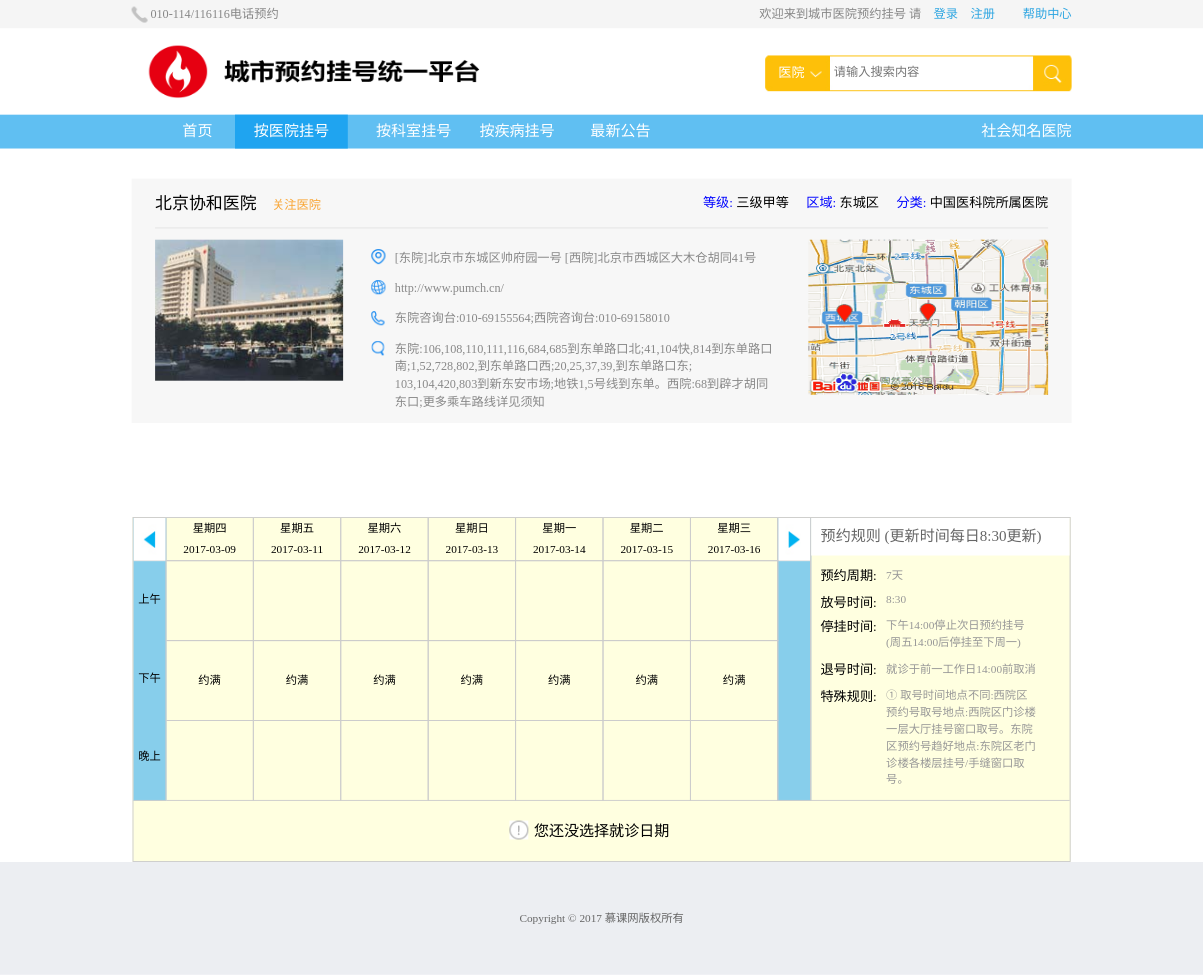
Repository: ScarApocalypse/study
Page: 挂号平台/scheduling.html
The author's editor kept a copy of each file at every save. The page is drawn from the files as they stood at one save, then again after the next save.
The browser window is 1280 px wide. The pictures show the whole page, at 94% of full size.

Above is the page before, as saved 2019-02-17 18:05:12.

After the next save:
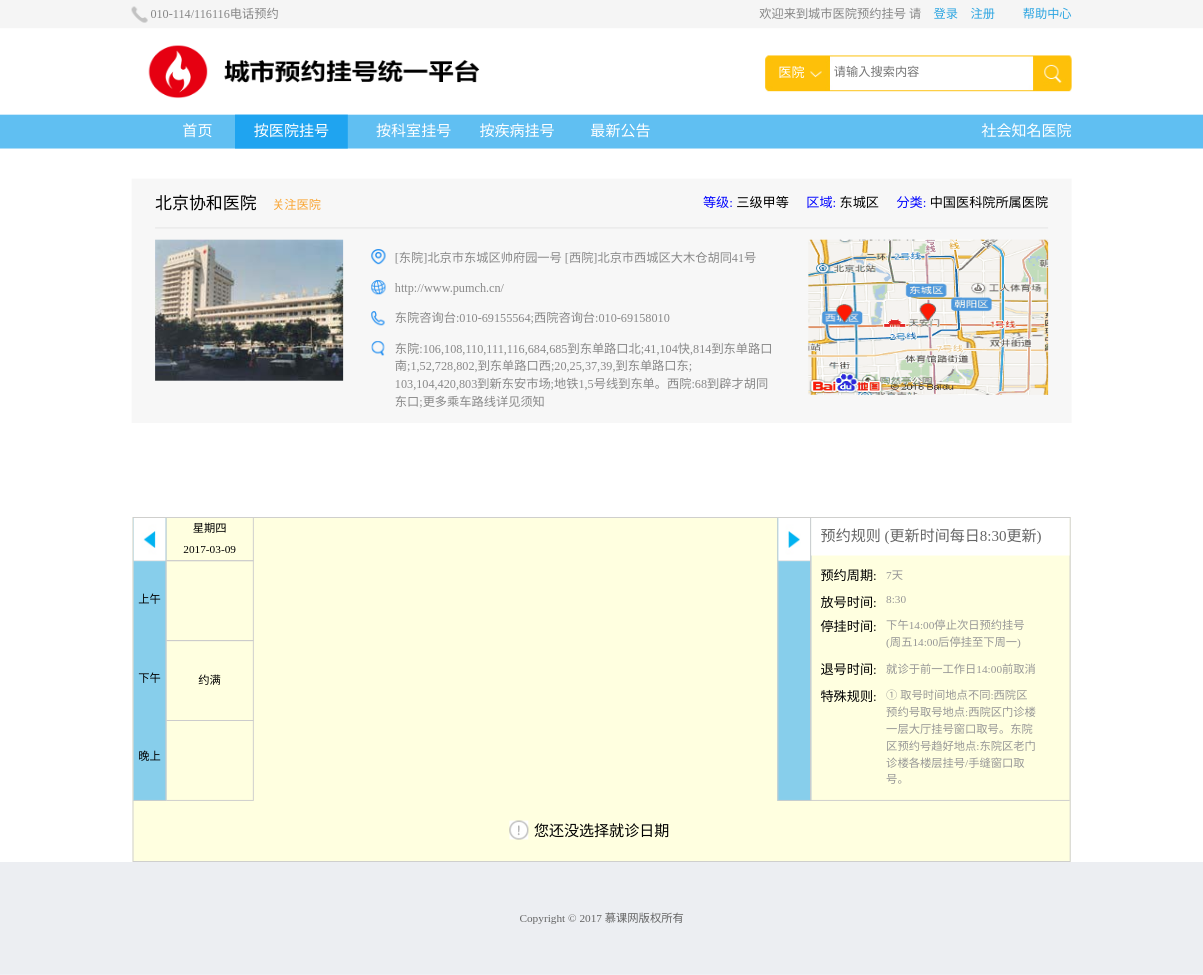
Saved 36 s later.
--- a/挂号平台/js/scheduling.js
+++ b/挂号平台/js/scheduling.js
@@ -2,18 +2,19 @@
     var scheduleItem=$('.scheduling .con-middle .schedule .schedule-item');
     var schedule=scheduleItem.parent();
     var days=["星期日","星期一","星期二","星期三","星期四","星期五","星期六"]
-    // var newItem=scheduleItem.eq(0).clone();
+    var newItem=scheduleItem.eq(0).clone();
+    var month=newItem.html().split("-");
+    console.log(month);
+    // for(var i=0;i<10;i++){
+    //     var date=days[(i+5)%7];
 
-    for(var i=0;i<10;i++){
-        var date=days[(i+5)%7];
+    //     var newItem=scheduleItem.eq(0).clone();
+    //     var month=newItem.html().split('-');
+    //     newItem.find('.date').html(date+"<br>"+"2017-03-"+(j+i));
+    //     schedule.append(newItem);
+    //     console.log(date);
 
-        var newItem=scheduleItem.eq(0).clone();
-        var month=newItem.html().split('-');
-        newItem.find('.date').html(date+"<br>"+"2017-03-"+(j+i));
-        schedule.append(newItem);
-        console.log(date);
-
-    }
+    // }
 
 
 });

After the 4 saves that followed:
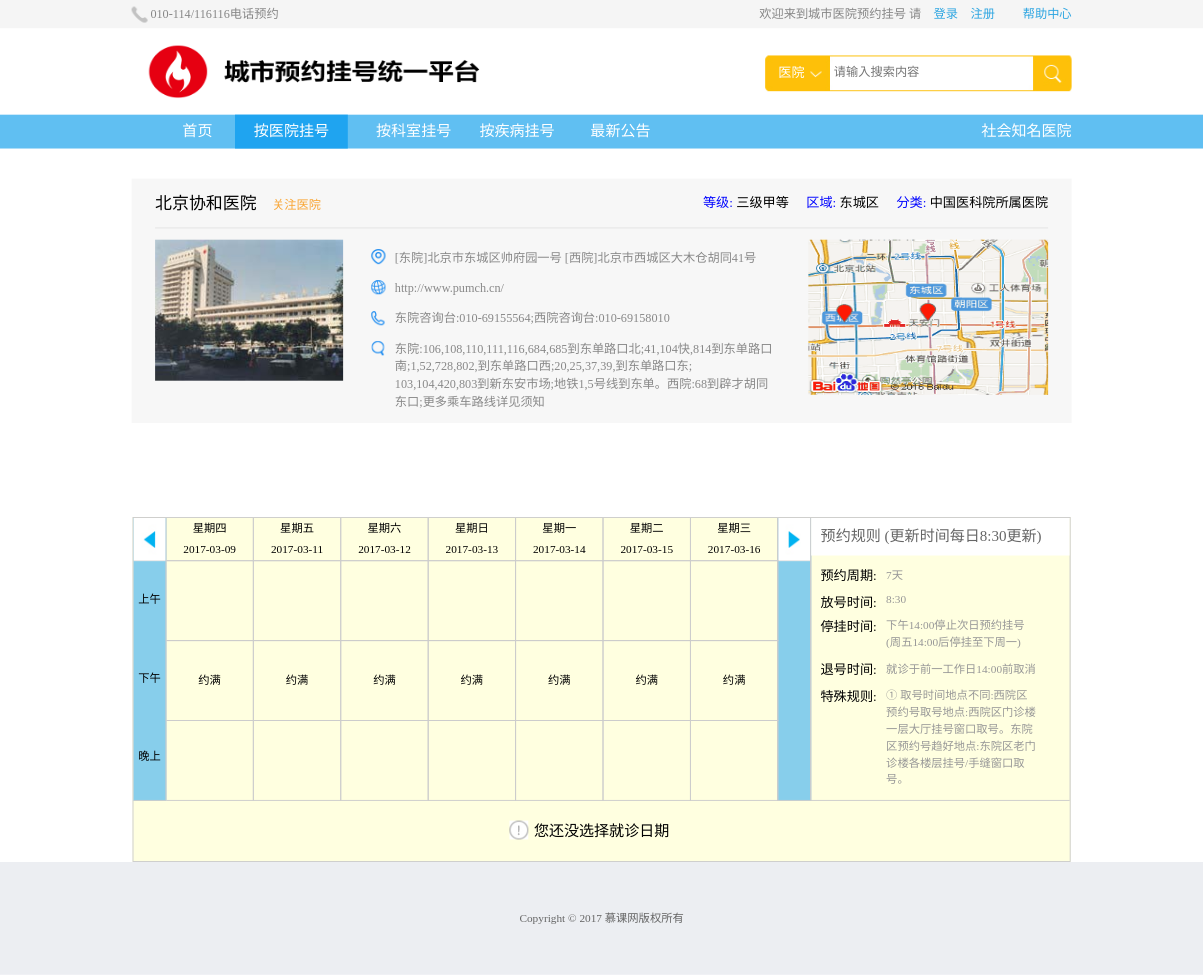
The 4 saves are shown as one change because 3 left the picture as it was.
The last was saved 2 min 9 s later.
--- a/挂号平台/js/scheduling.js
+++ b/挂号平台/js/scheduling.js
@@ -2,19 +2,18 @@
     var scheduleItem=$('.scheduling .con-middle .schedule .schedule-item');
     var schedule=scheduleItem.parent();
     var days=["星期日","星期一","星期二","星期三","星期四","星期五","星期六"]
-    var newItem=scheduleItem.eq(0).clone();
-    var month=newItem.html().split("-");
-    console.log(month);
-    // for(var i=0;i<10;i++){
-    //     var date=days[(i+5)%7];
 
-    //     var newItem=scheduleItem.eq(0).clone();
-    //     var month=newItem.html().split('-');
-    //     newItem.find('.date').html(date+"<br>"+"2017-03-"+(j+i));
-    //     schedule.append(newItem);
-    //     console.log(date);
+    for(var i=0;i<10;i++){
+        var date=days[(i+5)%7];
 
-    // }
+        var newItem=scheduleItem.eq(0).clone();
+        var month=newItem.html().split("-")[1];
+        var day=newItem.html().split("-")[2].split("<")[0];
+        newItem.find('.date').html(date+"<br>"+"2017-03-"+(j+i));
+        schedule.append(newItem);
+        console.log(date);
+
+    }
 
 
 });
